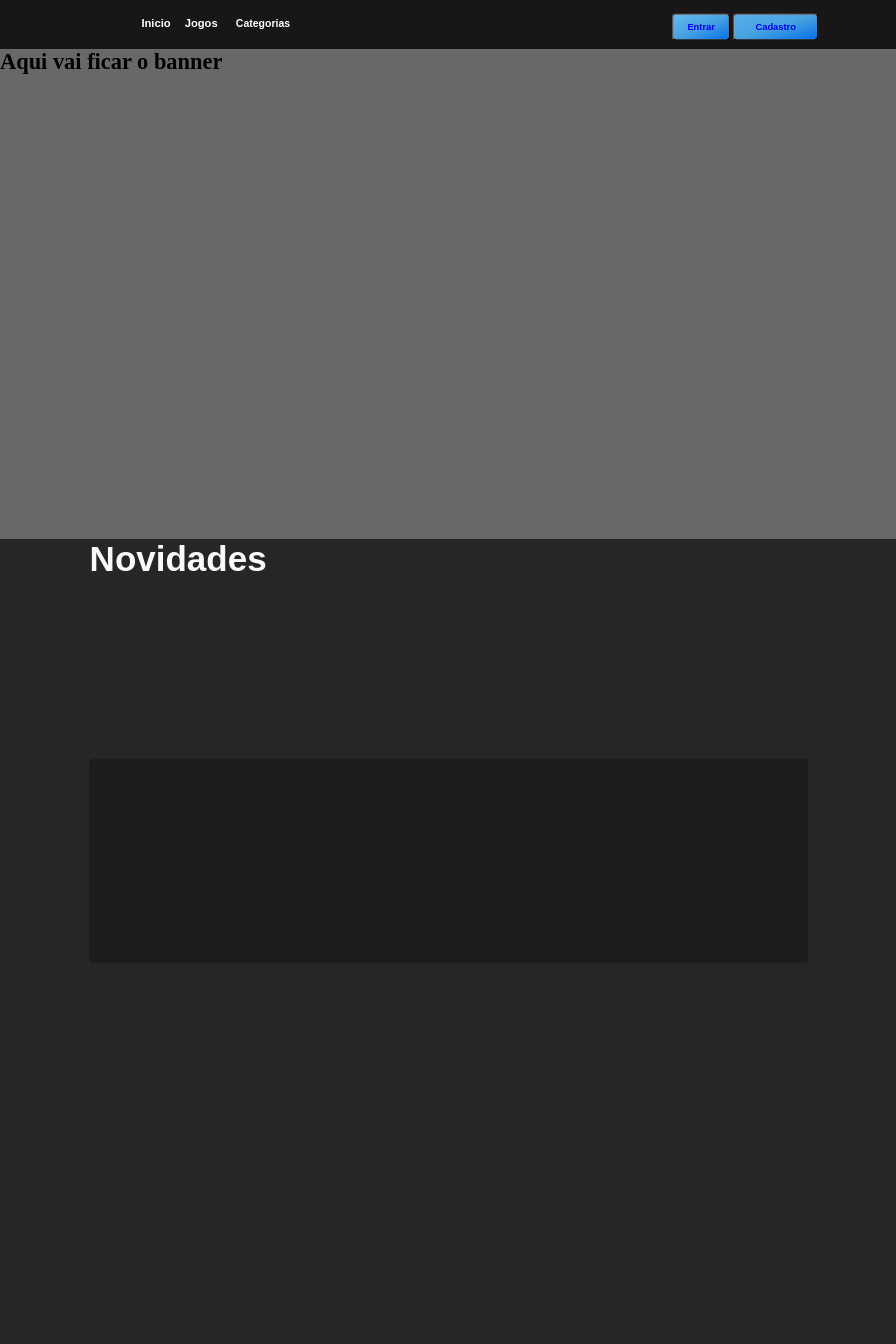
Repository: MarcoantonioCaldeira/Projeto-Go-Gamming
Page: /
The author's editor kept a copy of each file at every save. The page is drawn from the files as they stood at one save, then again after the next save.
The browser window is 1280 px wide. The pictures show the part of the page from y = 0 to 1920 px (the page is 3570 px tall), at 70% of full size.
The project was rebuilt for these pictures with package versions that can differ from the ones it lists, and the page was loaded fresh each time. Also part of the build but not shown: src/pages/Jogos/Jogos.js, src/pages/Categorias/Acao.js, src/pages/Categorias/Aventura.js, src/pages/Categorias/Arcades.js, src/pages/Categorias/Familia.js, src/pages/Categorias/Independentes.js, src/pages/Categorias/Jogos_RPG.js, src/pages/Categorias/Gratuitos.js and 4 more.

Above is the page before, as saved 2023-02-13 18:31:22.

After the next save:
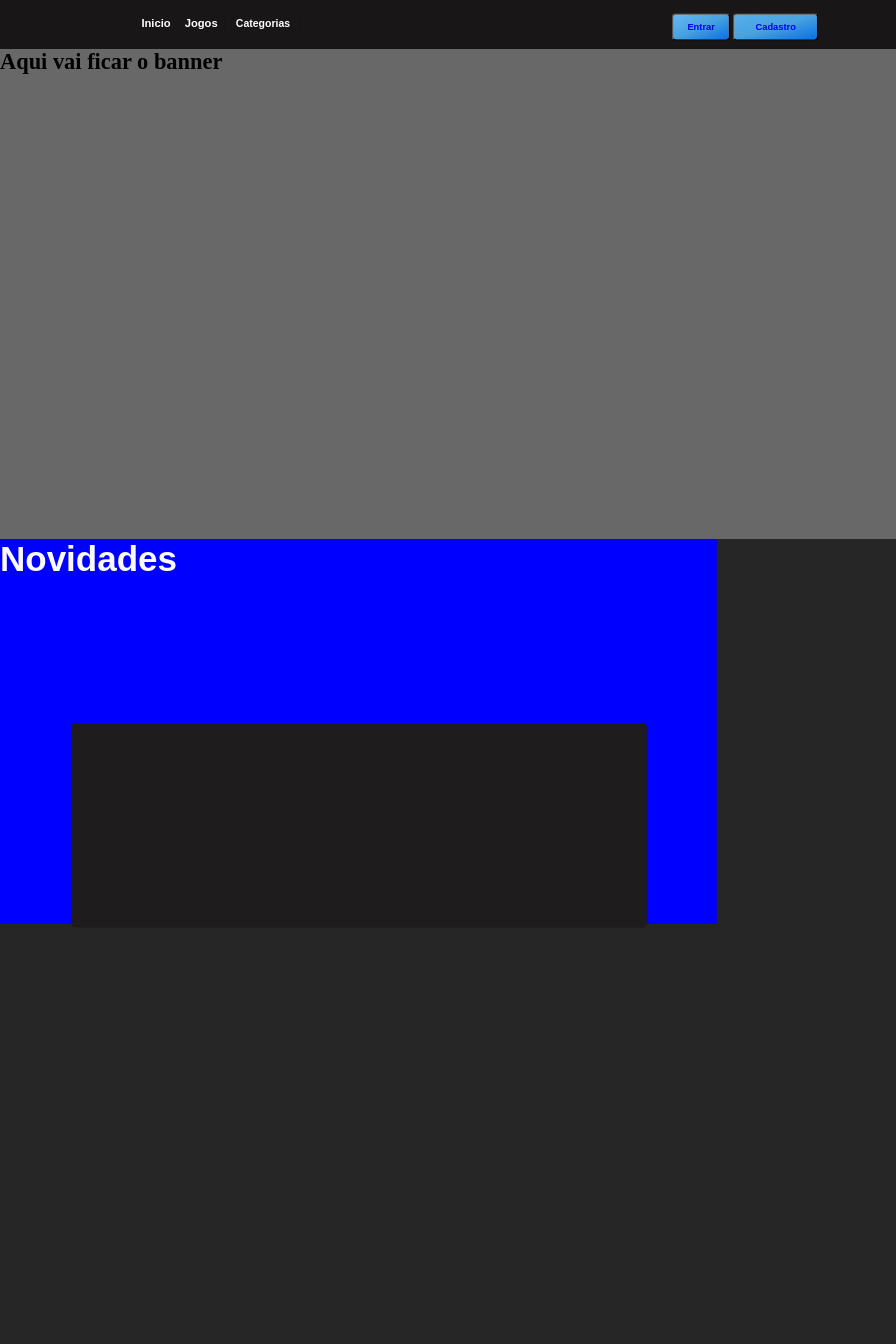
Saved 72 s later.
--- a/src/pages/Inicio/estilo.css
+++ b/src/pages/Inicio/estilo.css
@@ -18,14 +18,20 @@
 }
 
 /* Estilizando as categorias */
+#Area_Principal{
+    width: 80%;
+    height:550px;
+    background-color: blue;
+}
+
 
 .h1_novidades{
     /* position: absolute; */
-    top: 5%;
+
     font-family: Arial, Helvetica, sans-serif;
     color: #FAFAFA;
     font-size: 50px;
-    margin-left:10%
+
 }
 
 #Area_Novidades{
